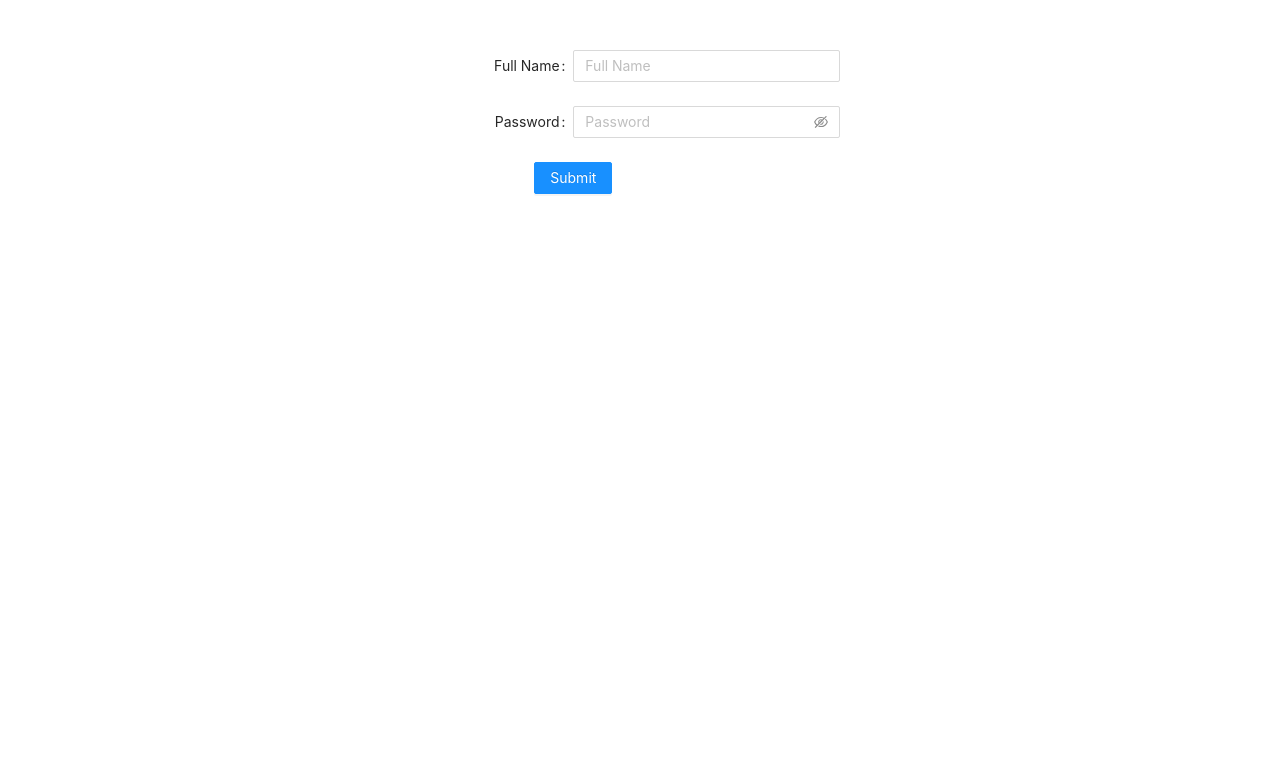
Repository: baodien1405/module-form
Page: /
An editor plug-in stored every save of this project. The page is shown before and after the next save, followed by the edit.
The browser window is 1280 px wide. The pictures show the whole page.
The project was rebuilt for these pictures with package versions that can differ from the ones it lists, and the page was loaded fresh each time.

Above is the page before, as saved 2021-09-09 12:09:42.

After the next save:
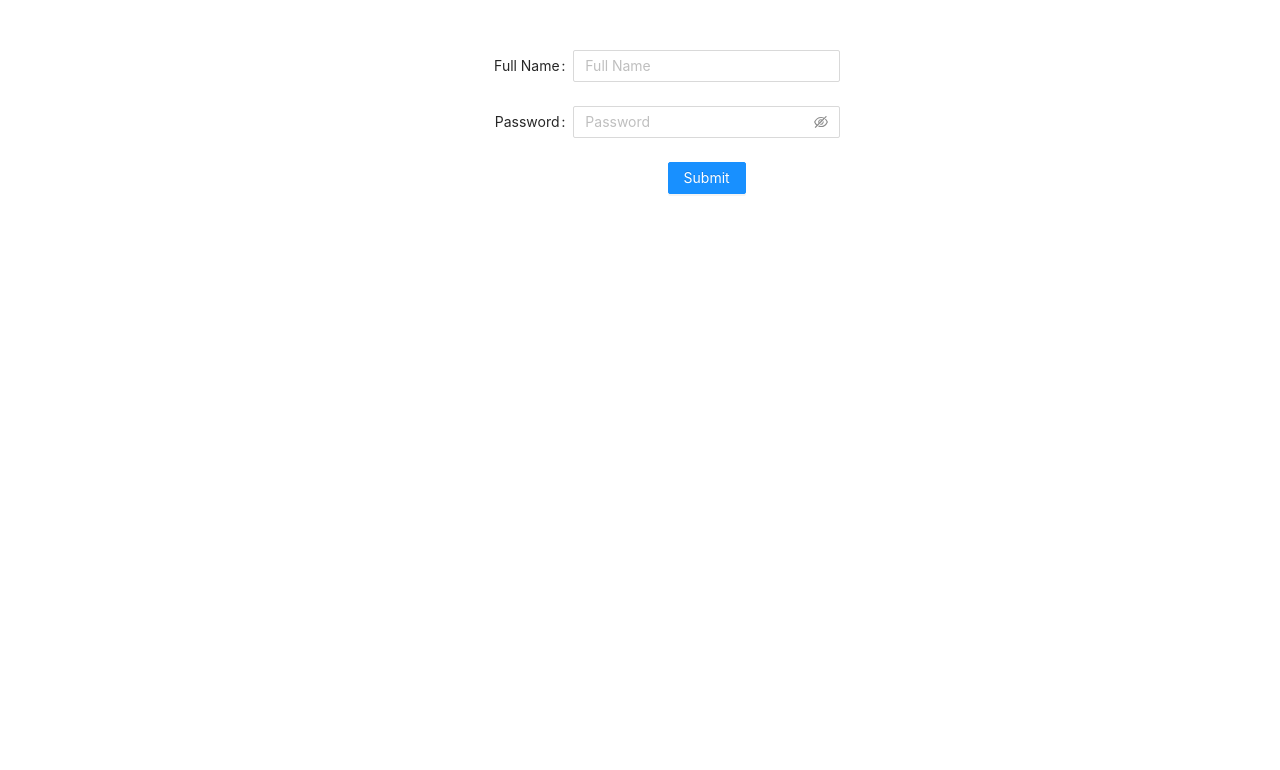
Saved 39 s later.
--- a/src/features/onboarding/component/OnboardingForm.tsx
+++ b/src/features/onboarding/component/OnboardingForm.tsx
@@ -47,7 +47,7 @@ export default function OnboardingForm({
 
       <PasswordField name="password" label="Password" control={control} />
 
-      <Form.Item>
+      <Form.Item wrapperCol={{ offset: 8, span: 16 }}>
         <Button type="primary" htmlType="submit" disabled={isSubmitting}>
           Submit
         </Button>
